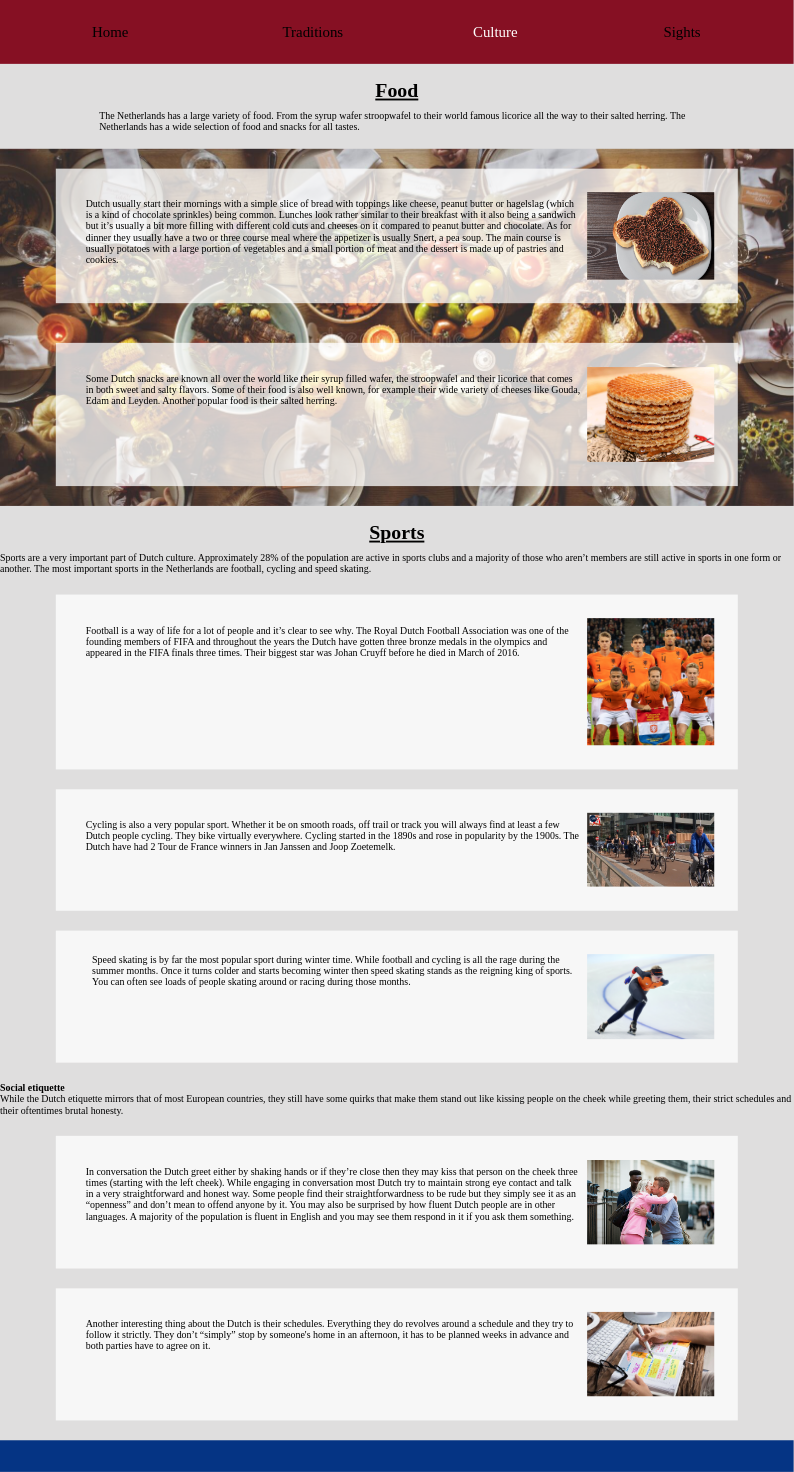
Repository: Cornman63/The-netherlands
Page: html/culture.html
An editor plug-in stored every save of this project. The page is shown before and after the next save, followed by the edit.
The browser window is 1280 px wide. The pictures show the whole page, at 62% of full size.

Above is the page before, as saved 2023-05-28 13:20:51.

After the next save:
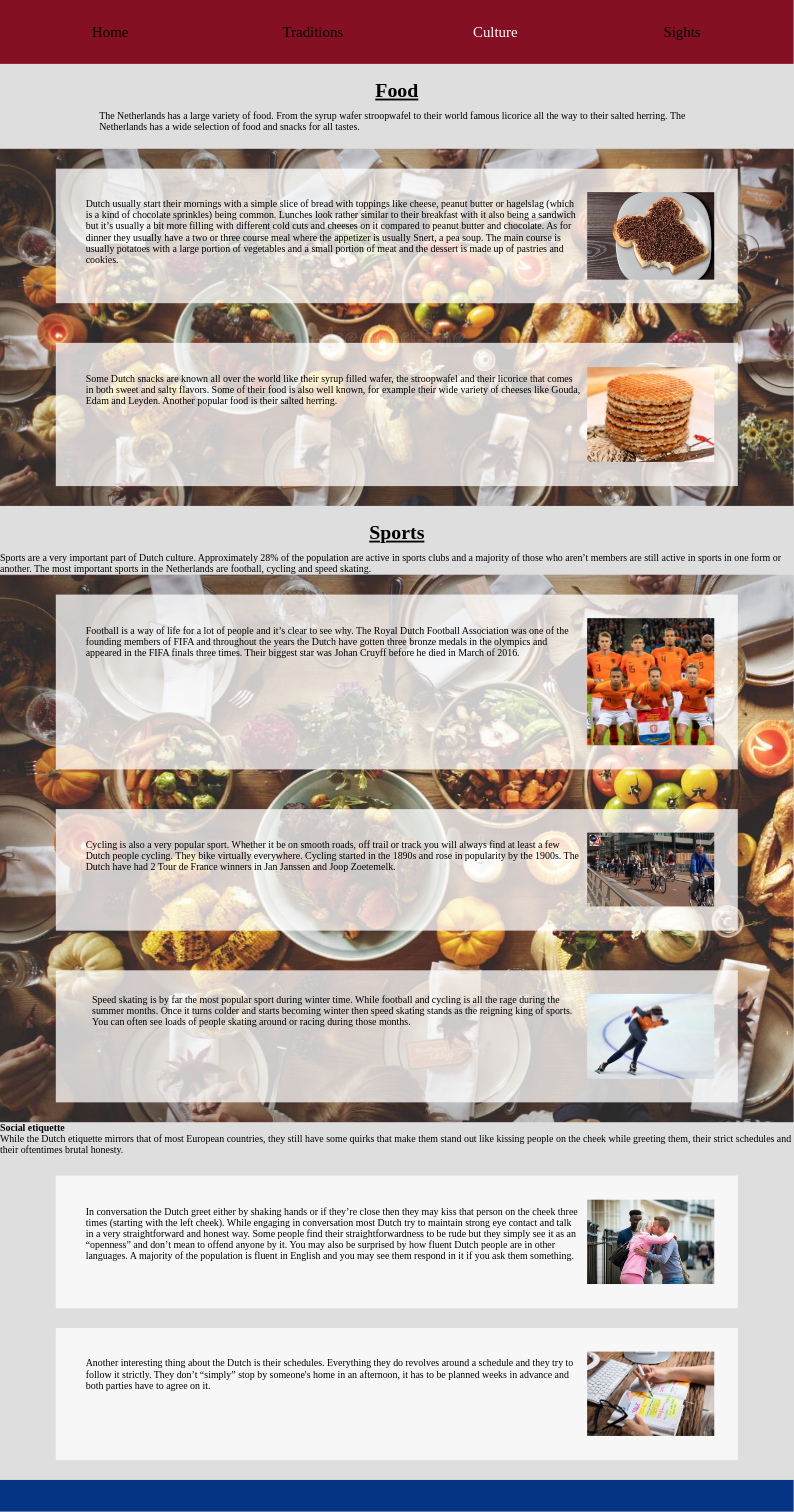
Saved 22 s later.
--- a/html/culture.html
+++ b/html/culture.html
@@ -37,7 +37,7 @@
             <h2 class="h">Sports</h2>
             <p>Sports are a very important part of Dutch culture. Approximately 28% of the population are active in sports clubs and a majority of those who aren’t members are still active in sports in one form or another. The most important sports in the Netherlands are football, cycling and speed skating. </p>
         </div>
-        <div class="sportmain">
+        <div class="foodmain">
             <div class="item">
             <p class="par">Football is a way of life for a lot of people and it’s clear to see why. The Royal Dutch Football Association was one of the founding members of FIFA and throughout the years the Dutch have gotten three bronze medals in the olympics and appeared in the FIFA finals three times. Their biggest star was Johan Cruyff before he died in March of 2016. </p>
             <img src="../images/football.jpg" alt="dutch football" class="img">

After the save that followed:
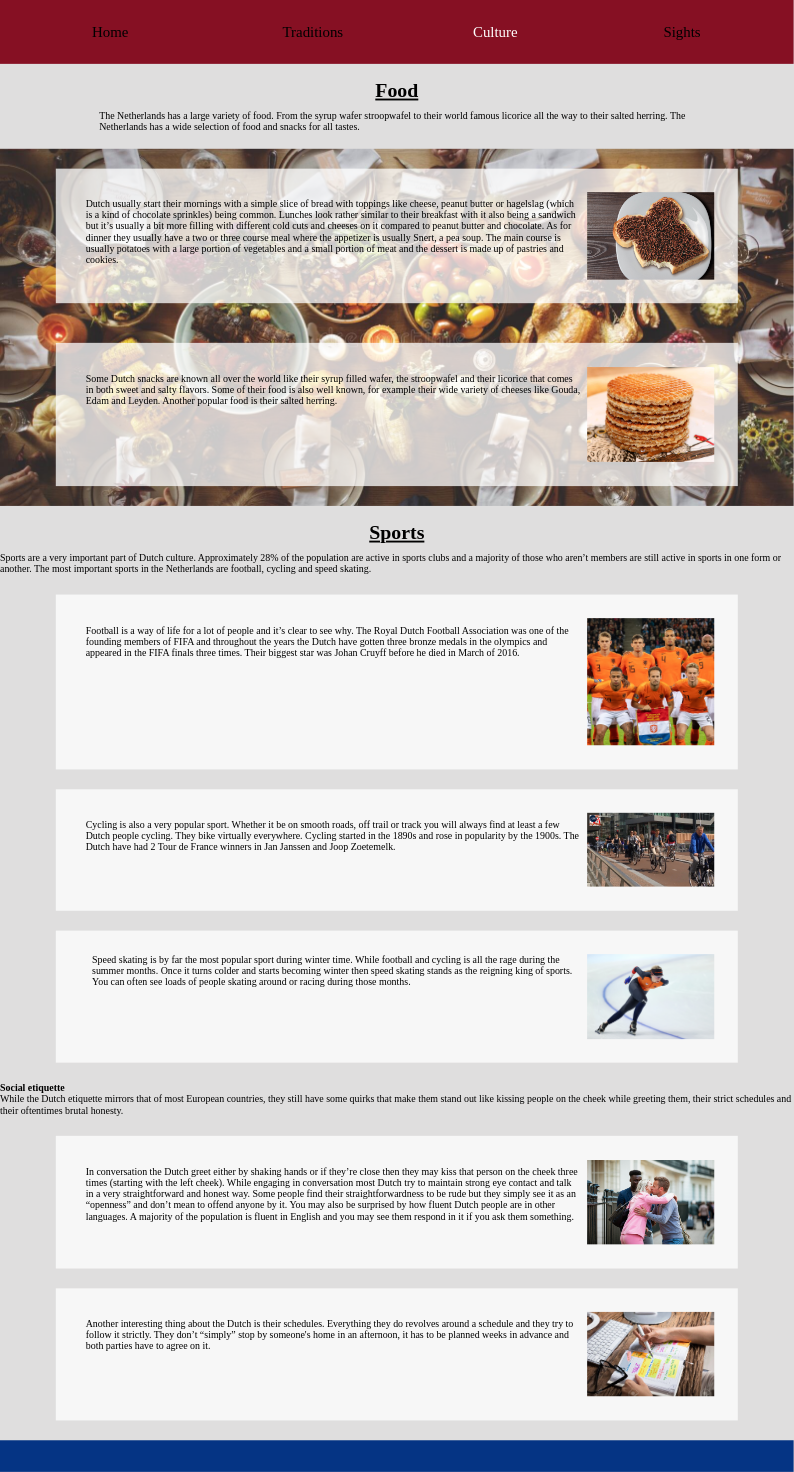
Saved 12 s later.
--- a/html/culture.html
+++ b/html/culture.html
@@ -37,7 +37,7 @@
             <h2 class="h">Sports</h2>
             <p>Sports are a very important part of Dutch culture. Approximately 28% of the population are active in sports clubs and a majority of those who aren’t members are still active in sports in one form or another. The most important sports in the Netherlands are football, cycling and speed skating. </p>
         </div>
-        <div class="foodmain">
+        <div class="sportmain">
             <div class="item">
             <p class="par">Football is a way of life for a lot of people and it’s clear to see why. The Royal Dutch Football Association was one of the founding members of FIFA and throughout the years the Dutch have gotten three bronze medals in the olympics and appeared in the FIFA finals three times. Their biggest star was Johan Cruyff before he died in March of 2016. </p>
             <img src="../images/football.jpg" alt="dutch football" class="img">
